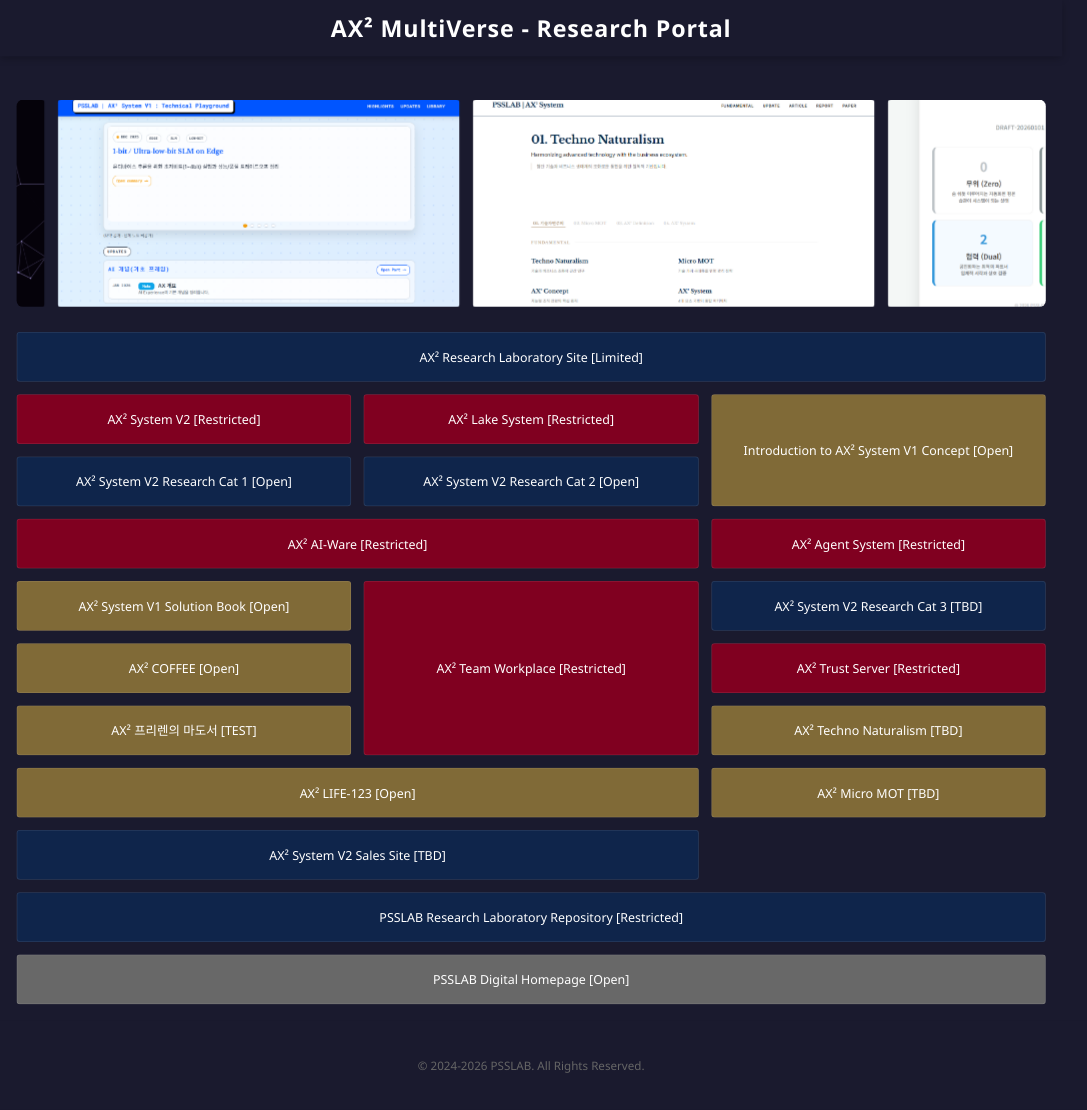
Repository: hycse89/PSSLAB_OpenSite
Page: psslab_multiverse_v3.html
An editor plug-in stored every save of this project. The page is shown before and after the next save, followed by the edit.
The browser window is 1280 px wide. The page is 1310 px wide, so the pictures cover 1310 px, including what lies to the right of the window. The pictures show the whole page, at 83% of full size.

Above is the page before, as saved 2026-01-11 21:37:29.

After the next save:
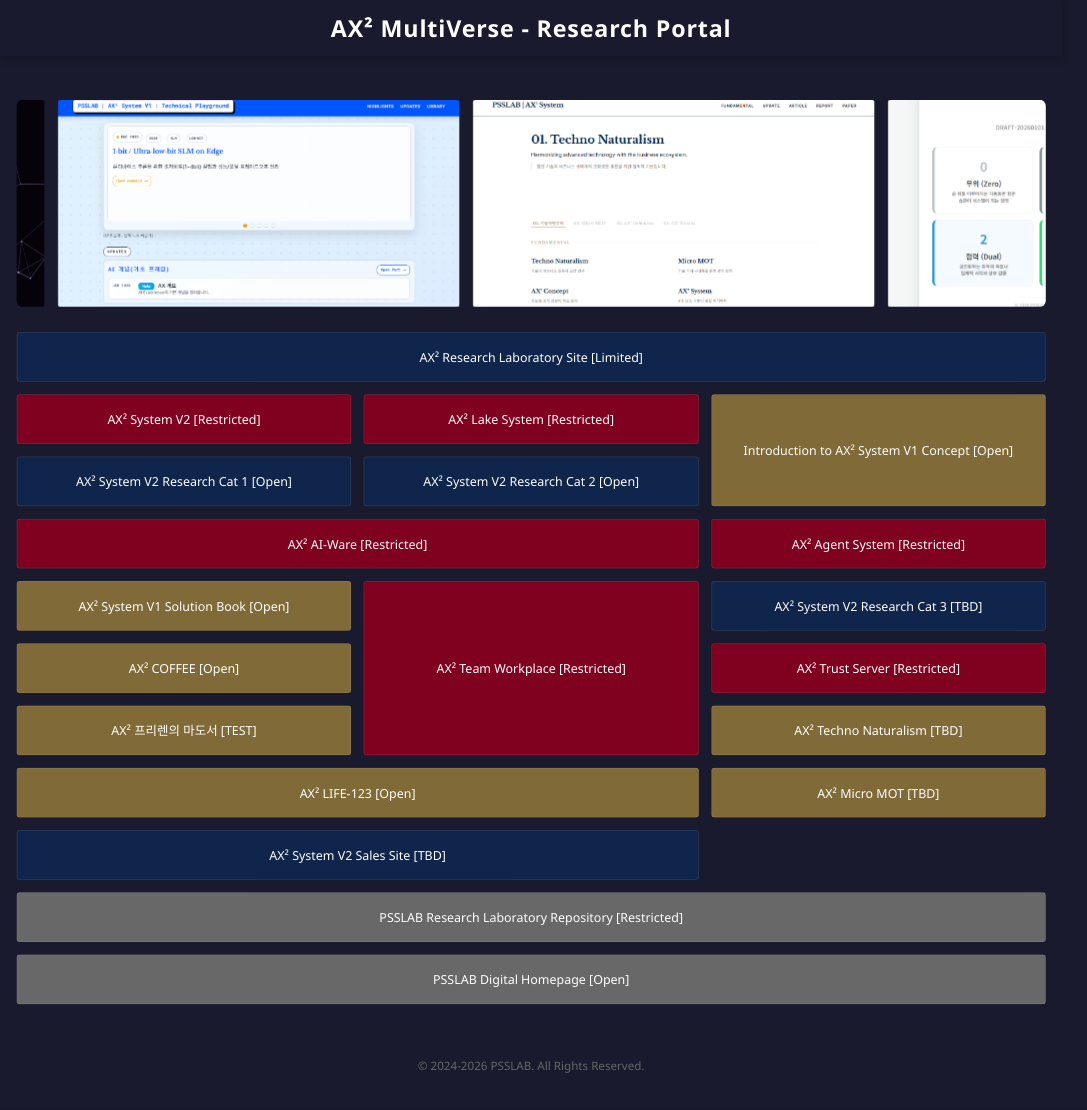
Saved 3 min 33 s later.
--- a/psslab_multiverse_v3.html
+++ b/psslab_multiverse_v3.html
@@ -220,7 +220,7 @@
 
             <a href="http://localhost:8001/utils/markdown_viewer.html?file=/ax_research/doc/doc_ax_micro_mot_v2.md" class="link-button color-3 h-1">AX² Micro MOT [TBD]</a>
 
-            <a href="https://github.com/hycse89" class="link-button color-1 w-3 h-1">PSSLAB Research Laboratory Repository [Restricted]</a>
+            <a href="https://github.com/hycse89" class="link-button color-5 w-3 h-1">PSSLAB Research Laboratory Repository [Restricted]</a>
 
             <a href="http://www.psslab.co.kr" class="link-button color-5 w-3 h-1">PSSLAB Digital Homepage [Open]</a>
         </div>
